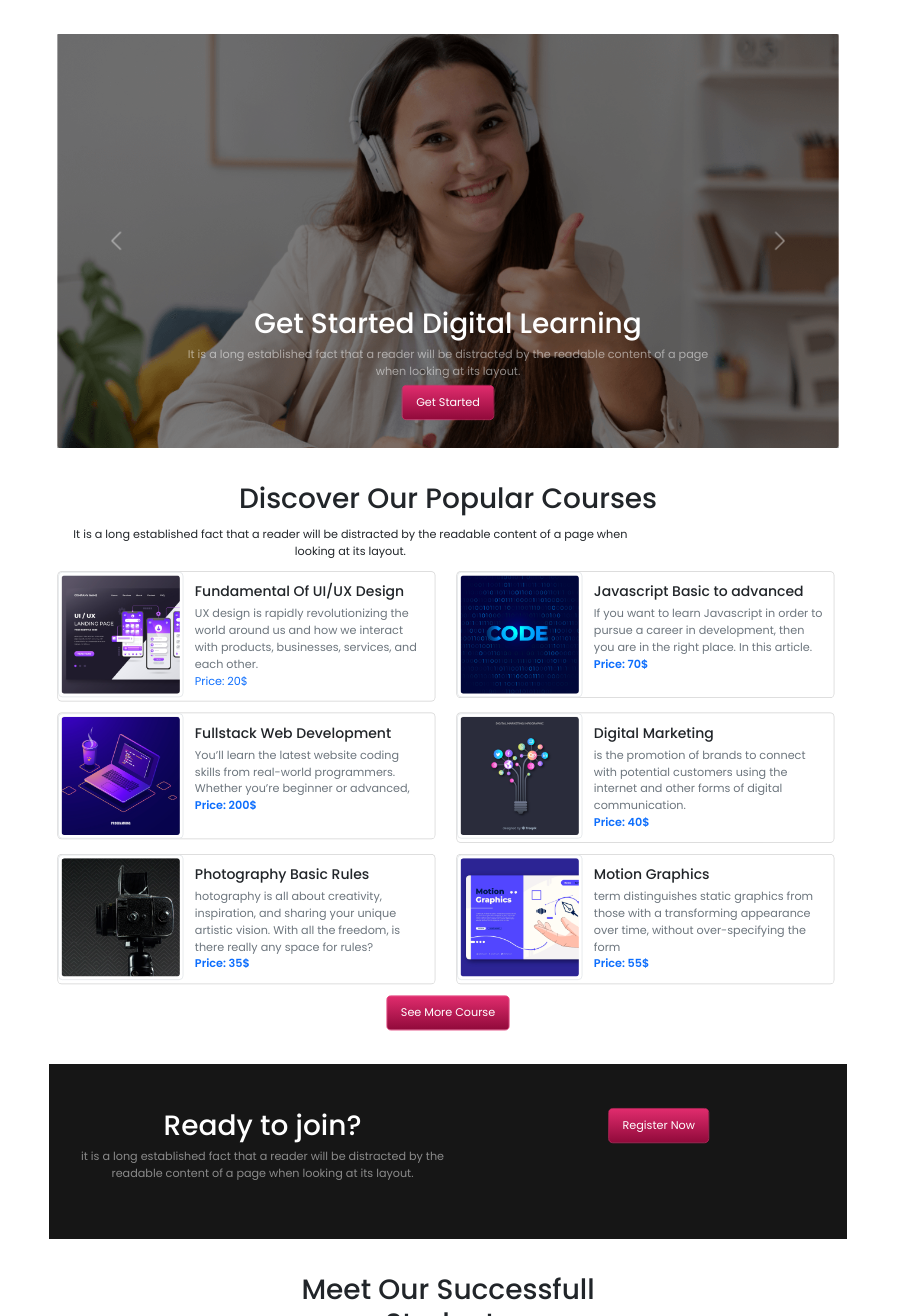
Repository: mdrubel02/Guru-Developer
Page: index.html
An editor plug-in stored every save of this project. The page is shown before and after the next save, followed by the edit.
The browser window is 1280 px wide. The page is 1292 px wide, so the pictures cover 1292 px, including what lies to the right of the window. The pictures show the part of the page from y = 0 to 1880 px (the page is 3392 px tall), at 70% of full size.
Some web libraries are served in a nearby version.

Above is the page before, as saved 2022-07-28 13:49:50.

After the next save:
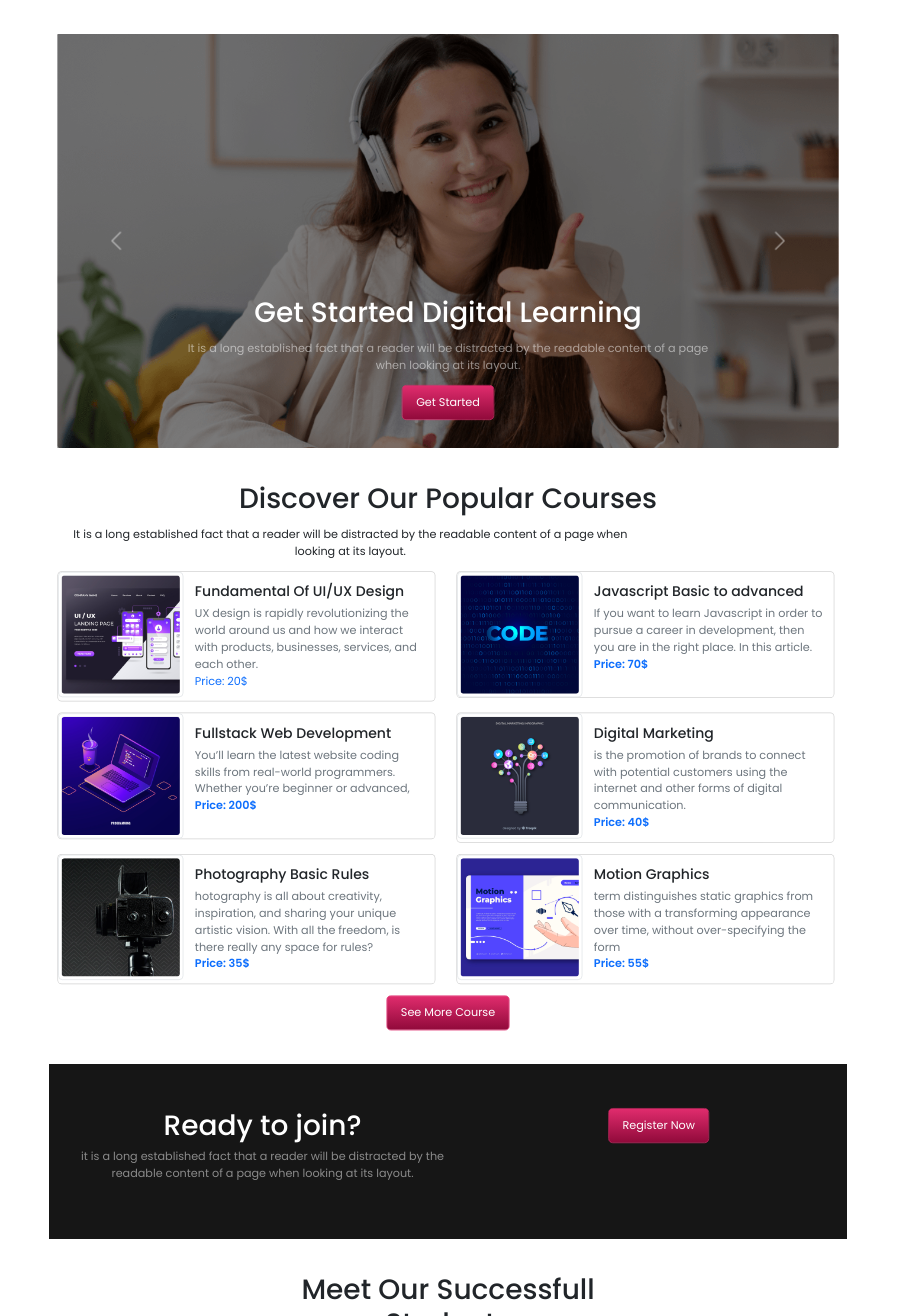
Saved 61 s later.
--- a/index.html
+++ b/index.html
@@ -35,7 +35,7 @@
                     <img src="./images/cover/cover-1.png" class="d-block w-100" alt="...">
                     <div class="carousel-caption  ">
                         <h5 class="fs-1 text-white">Get Started Digital Learning</h5>
-                        <p class="text-white-50 py-2">It is a long established fact that a reader will be distracted by the readable content of a page when looking at its layout.</p>
+                        <p class="text-white-50 py-3">It is a long established fact that a reader will be distracted by the readable content of a page when looking at its layout.</p>
                         <a class="button" href="">Get Started</a>
                     </div>
                 </div>
